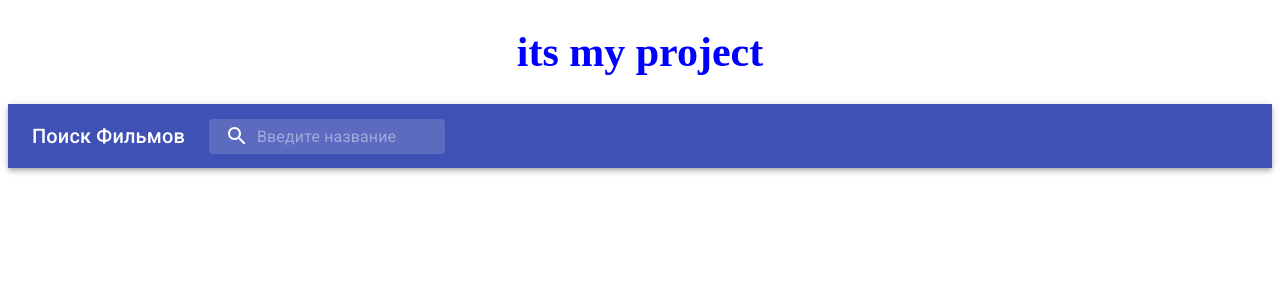
Repository: Hansol46/Films-archive
Page: /
These files come from the project's save history. The page is drawn as it stood at one moment and after the next save; the edit follows.
The browser window is 1280 px wide. The pictures show the whole page.
The page's requests for data from a server got no answer. The project was rebuilt for these pictures with package versions that can differ from the ones it lists, and the page was loaded fresh each time. No one was signed in, and anything a server would have sent is missing. Also part of the build but not shown: webpack.config.js.

Above is the page before, as saved 2020-09-25 01:18:23.

After the next save:
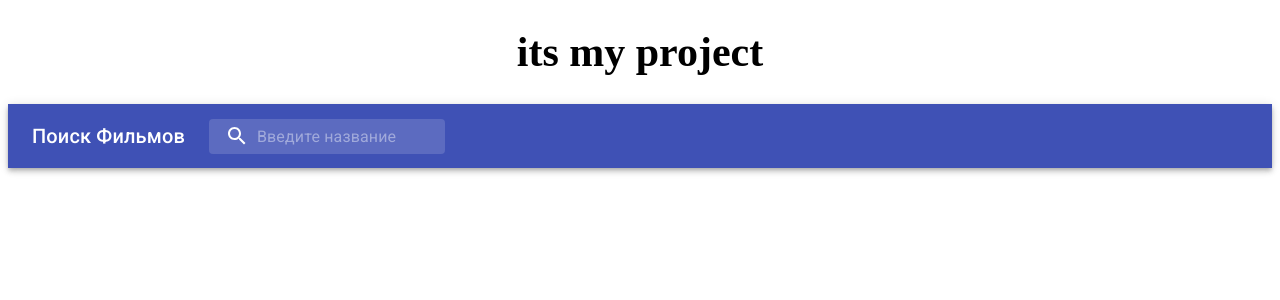
Saved 46 s later.
--- a/src/components/App.js
+++ b/src/components/App.js
@@ -1,5 +1,5 @@
 import React from 'react'
-import '../styles/App.module.sass'
+import '../styles/App.css'
 import PrimarySearchAppBar from './material/nav'
 import Search from './Search'
 

After the save that followed:
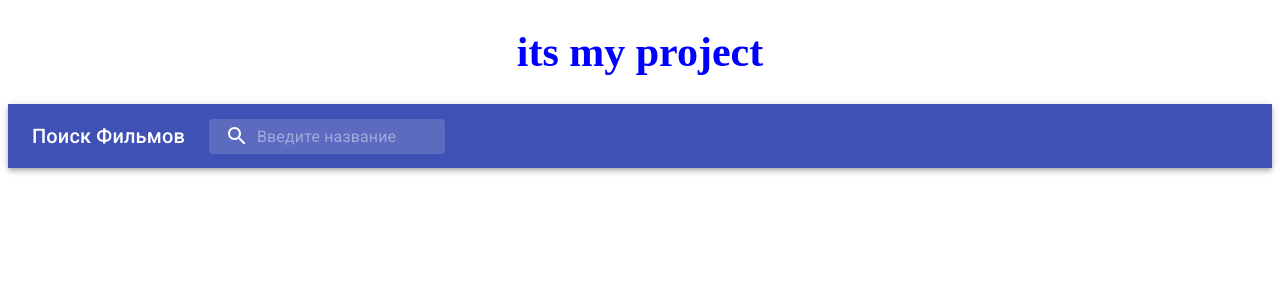
Saved 2 min 35 s later.
--- a/src/components/App.js
+++ b/src/components/App.js
@@ -1,5 +1,5 @@
 import React from 'react'
-import '../styles/App.css'
+import '../styles/App.module.sass'
 import PrimarySearchAppBar from './material/nav'
 import Search from './Search'
 
